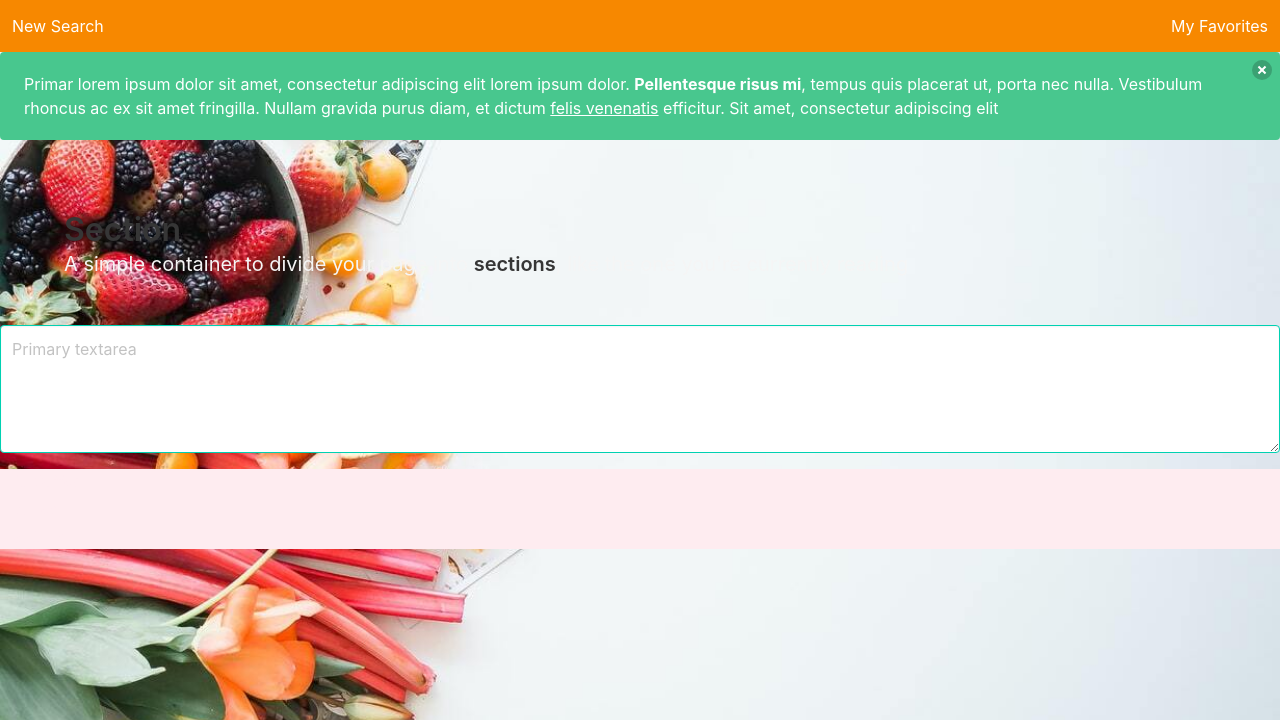
Repository: puakehaulani/the-hungry-app-proj1
Page: assets/style/Results.html
The author's editor kept a copy of each file at every save. The page is drawn from the files as they stood at one save, then again after the next save.
The browser window is 1280 px wide. The pictures show the whole page.

Above is the page before, as saved 2020-10-15 19:40:51.

After the next save:
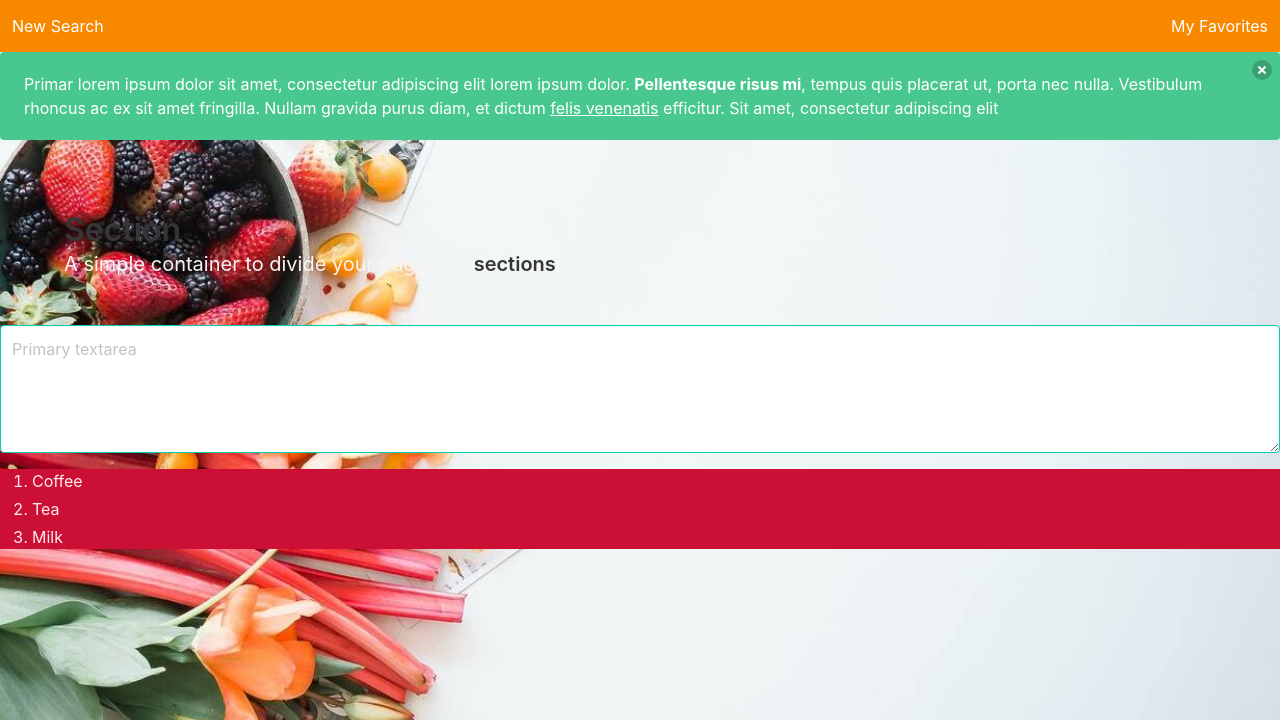
Saved 45 s later.
--- a/assets/style/Results.html
+++ b/assets/style/Results.html
@@ -47,7 +47,7 @@
           </div>
         </div>
 
-        <div class="content has-text-danger-light has-background-danger-light ">
+        <div class="content has-text-danger-light has-background-danger-dark ">
           <ol type="1">
             <li>Coffee</li>
             <li>Tea</li>
